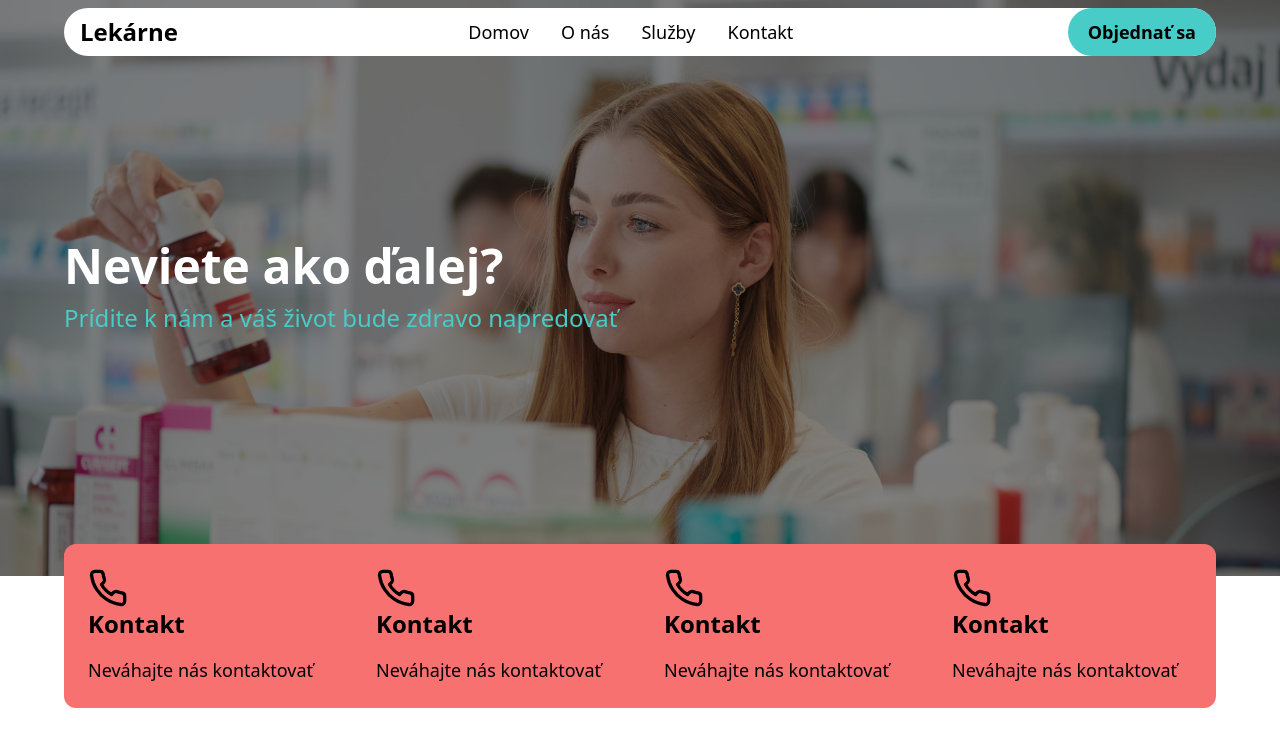
Repository: SimonSkoda13/Lekaren
Page: /
These files come from the project's save history. The page is drawn as it stood at one moment and after the next save; the edit follows.
The browser window is 1280 px wide. The pictures show the whole page.
The project was rebuilt for these pictures with package versions that can differ from the ones it lists, and the page was loaded fresh each time. The framework's server and built-in components were replaced by stand-ins that run in the browser. Also part of the build but not shown: next.config.js.

Above is the page before, as saved 2023-04-22 17:41:59.

After the next save:
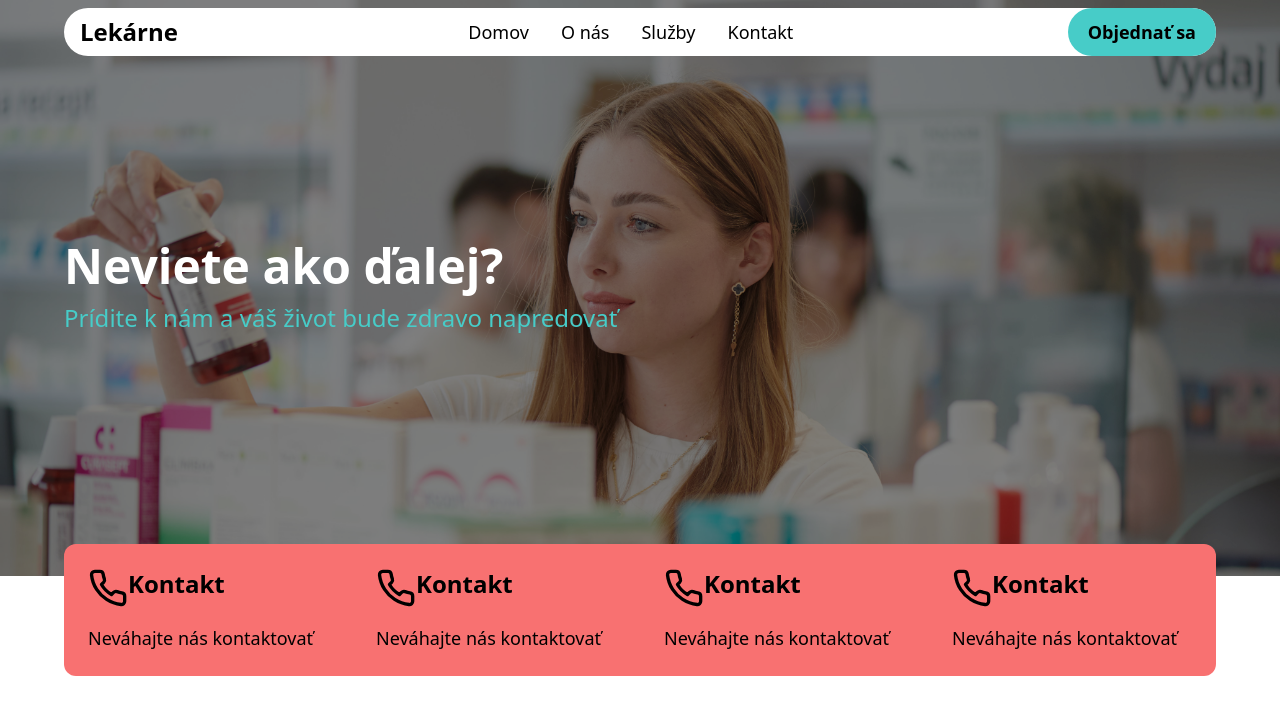
Saved 31 s later.
--- a/src/app/components/Contact/Contact.tsx
+++ b/src/app/components/Contact/Contact.tsx
@@ -23,7 +23,7 @@ export const Contact = (props: ContactProps) => {
             width={100}
             height={100}
           /> */}
-            <div>
+            <div className="flex flex-row">
               <Phone size={40} />
               <h2 className="text-2xl font-bold">{item.title}</h2>
             </div>
